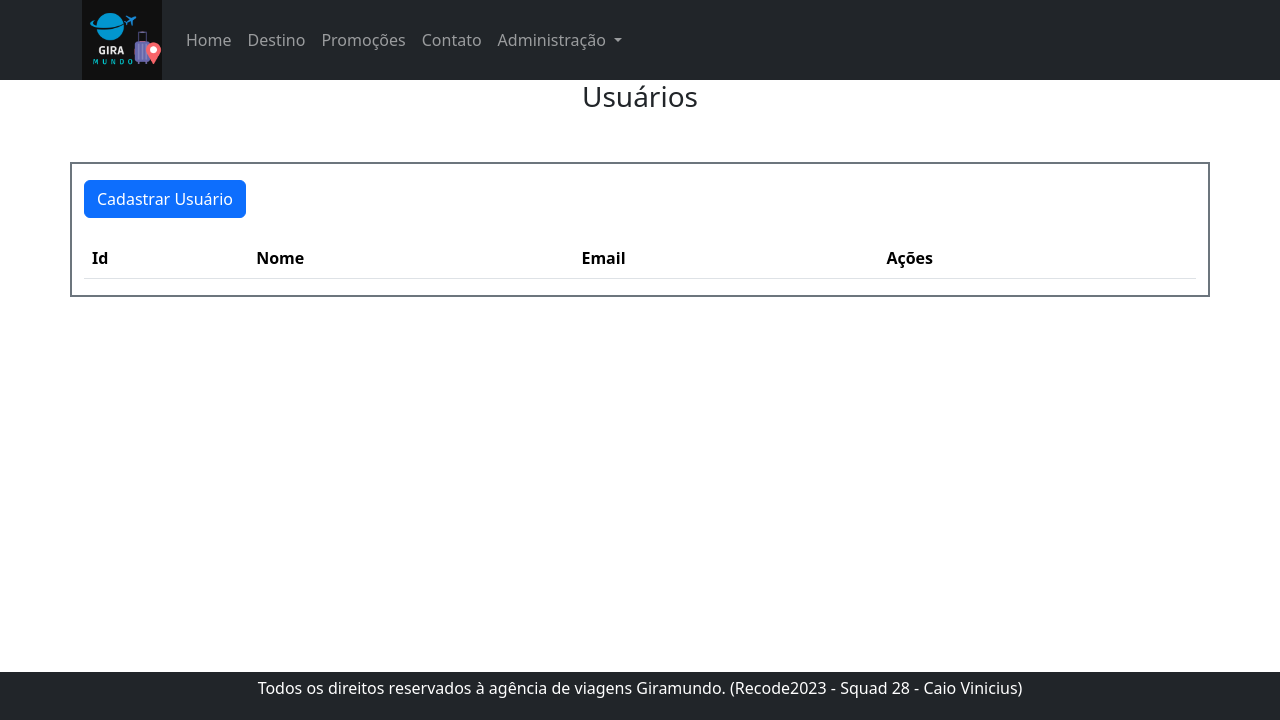
Repository: caiopiabas/RECODE-ENTREGA-4
Page: http://localhost/usuario
These files come from the project's save history. The page is drawn as it stood at one moment and after the next save; the edit follows.
The browser window is 1280 px wide. The pictures show the whole page.
The page is this project's Thymeleaf template; nobody is signed in. The template is opened directly, without the code that normally fills it, so the values that code supplies are empty.

Above is the page before, as saved 2023-12-08 02:38:48.
Console error: ReferenceError: $ is not defined

### agenciaviagem/src/main/resources/templates/usuario.html
<!DOCTYPE html>
<html lang="pt-br" xmlns:th="http://www.thymeleaf.org">

<head>
	<meta charset="utf-8">
	<meta name="viewport" content="width=device-width, initial-scale=1">
	<title>Adm - Usuario</title>
	<link rel="stylesheet" href="css/style.css">
	<link href="https://cdn.jsdelivr.net/npm/bootstrap@5.3.2/dist/css/bootstrap.min.css" rel="stylesheet"
		integrity="sha384-T3c6CoIi6uLrA9TneNEoa7RxnatzjcDSCmG1MXxSR1GAsXEV/Dwwykc2MPK8M2HN" crossorigin="anonymous">
</head>
</head>


<!-- menu principal -->
<nav class="navbar navbar-expand-lg navbar-dark bg-dark" style="height: 80px;">
	<div class="container">
		<a class="navbar-brand" href="index.html">
			<img src="images/GIRA (2).png" alt="Logo" class="img-fluid" style="height: 80px;">

		</a>

		<button class="navbar-toggler" type="button" data-bs-toggle="collapse" data-bs-target="#navbarSupportedContent"
			aria-controls="navbarSupportedContent" aria-expanded="false" aria-label="Toggle navigation">
			<span class="navbar-toggler-icon"></span>
		</button>

		<div class="collapse navbar-collapse" id="navbarSupportedContent">
			<ul class="navbar-nav me-auto mb-2 mb-lg-0">
				<li class="nav-item">
					<a class="nav-link" aria-current="page" href="index.html">Home</a>
				</li>
				<li class="nav-item">
					<a class="nav-link" href="destino.html">Destino</a>
				</li>
				<li class="nav-item">
					<a class="nav-link" href="promocoes.html">Promoções</a>
				</li>
				<li class="nav-item">
					<a class="nav-link" href="contato.html">Contato</a>
				</li>
				<li class="nav-item dropdown">
					<a class="nav-link dropdown-toggle" href="#" id="navbarDropdown" role="button"
						data-bs-toggle="dropdown" aria-haspopup="true" aria-expanded="false">
						Administração
					</a>
					<div class="dropdown-menu" aria-labelledby="navbarDropdown">
						<a class="dropdown-item" href="usuario.html">Usuário</a>
						<a class="dropdown-item" href="pedido.html">Pedido</a>
						<a class="dropdown-item" href="pacote.html">Pacote</a>
					</div>
				</li>
			</ul>
		</div>
	</div>
</nav>

<div class="text-center">
	<h3>Usuários</h3>
</div>

<div class="container mt-5 border border-2 border-secondary">
	<!-- Button para abrir modal cadastro -->
	<button type="button" class="btn btn-primary mt-3" data-bs-toggle="modal" data-bs-target="#CadastroModal">Cadastrar
		Usuário</button>

	<!-- Modal de Cadastro -->
	<div class="modal fade" id="CadastroModal" tabindex="-1" role="dialog" aria-labelledby="CadastroModalLabel"
		aria-hidden="true">
		<div class="modal-dialog">
			<div class="modal-content">
				<div class="modal-header">
					<h1 class="modal-title fs-5" id="CadastroModalLabel">Cadastro Usuário</h1>
					<button type="button" class="btn-close" data-bs-dismiss="modal" aria-label="Close"></button>
				</div>

				<div class="modal-body">
					<!-- Formulário de Cadastro -->
					<form th:action="@{/cadastrar-usuario}" method="post">
						<div class="form-group">
							<label for="nome">Nome:</label>
							<input type="text" class="form-control" id="nome" name="nome" placeholder="Nome">
						</div>
						<div class="form-group">
							<label for="email">Email:</label>
							<input type="email" class="form-control" id="email" name="email" placeholder="Email">
						</div>
						<div class="mt-3">
							<button type="button" class="btn btn-secondary" data-bs-dismiss="modal">Sair</button>
							<button type="submit" class="btn btn-primary">Salvar</button>
						</div>
					</form>
				</div>
			</div>
		</div>
	</div>

	<!-- Tabela de Usuarios -->
	<div class="table-responsive">
		<table class="table">
			<thead>
				<tr>
					<th scope="col">Id</th>
					<th scope="col">Nome</th>
					<th scope="col">Email</th>
					<th scope="col">Ações</th>
				</tr>
			</thead>

			<tbody>
				<tr th:each="usuario : ${usuarios}" th:id="'usuario-' + ${usuario.id}">
					<td th:text="${usuario.id}"></td>
					<td th:text="${usuario.nome}"></td>
					<td th:text="${usuario.email}"></td>
					<td>
						<a th:href="@{'/editar-usuario/' + ${usuario.id}}" class="btn btn-primary btn-sm btn-editar"
							style="border-radius: 25px;">
							Editar
						</a>
						<a th:href="@{'/excluir-usuario/' + ${usuario.id}}" class="btn btn-danger btn-sm btn-excluir"
							style="border-radius: 25px;">Excluir</a>
					</td>
				</tr>
			</tbody>
		</table>
	</div>
</div>


<!-- Modal Editar-->
<div class="modal fade" id="editUsuarioModal" tabindex="-1" role="dialog" aria-labelledby="editUsuarioModalLabel"
	aria-hidden="true">
	<div class="modal-dialog modal-dialog-centered" role="document">
		<div class="modal-content">
			<div class="modal-header">
				<h5 class="modal-title" style="color: #400036;" id="editUsuarioModalLabel">Editar Usuario</h5>
				<button type="button" class="close" data-bs-dismiss="modal" aria-label="Close">
					<span aria-hidden="true">&times;</span>
				</button>
			</div>

			<div class="modal-body">
				<form action="/cadastrar-usuario" method="post">
					<input type="hidden" id="editUsuarioId" name="id" />

					<div class="form-row">
						<div class="form-group col-md-6">
							<label for="nome">Nome:</label>
							<input type="text" class="form-control" id="editUsuarioNome" name="nome" required
								placeholder="Nome">
						</div>
						<div class="form-row">
							<div class="form-group col-md-6">
								<label for="email">Email:</label>
								<input type="email" class="form-control" id="editUsuarioEmail" name="email" required
									placeholder="exemplo@exemplo.com.br">
							</div>

						</div>
					</div>
					<button type="submit" class="btn btn-primary">Salvar Alterações</button>
				</form>
			</div>
		</div>
	</div>
</div>


<!-- Rodapé -->
<footer class="mt-4 bg-dark text-center text-white p-1 fixed-bottom">
	<p><i class="bi bi-c-circle" style="font-size:1rem"></i>
		Todos os direitos reservados à agência de viagens Giramundo. (Recode2023 - Squad 28 - Caio Vinicius)
	</p>
</footer>




<!-- Scripts -->
<script src="https://cdn.jsdelivr.net/npm/bootstrap@5.3.2/dist/js/bootstrap.bundle.min.js"
	integrity="sha384-C6RzsynM9kWDrMNeT87bh95OGNyZPhcTNXj1NW7RuBCsyN/o0jlpcV8Qyq46cDfL"
	crossorigin="anonymous"></script>


<script>
	$(document).ready(function () {
		// Manipula o clique no botão de edição
		$('.btn-editar').on('click', function (event) {
			event.preventDefault();

			// Obtém a URL de edição do atributo href
			var url = $(this).attr('href');

			// Realiza uma requisição AJAX para obter os dados do usuário
			$.get(url, function (usuario) {
				// Preenche o formulário do modal com os dados do usuário
				$('#editUsuarioId').val(usuario.id);
				$('#editUsuarioNome').val(usuario.nome);
				$('#editUsuarioEmail').val(usuario.email);

				// Abre o modal de edição
				$('#editUsuarioModal').modal('show');
			});
		});
	});
</script>

<script>
	// Manipula o clique no botão de exclusão
	$('.btn-excluir').on('click', function (event) {
		event.preventDefault();

		// Obtém a URL de exclusão do atributo href
		var url = $(this).attr('href');

		// Obtém o identificador exclusivo do usuario a partir do id da linha
		var usuarioId = $(this).closest('tr').attr('id').split('-')[1];

		// Confirmação de exclusão
		if (confirm('Deseja realmente excluir este usuario?')) {
			// Realiza uma requisição AJAX para excluir o usuario
			$.ajax({
				url: url,
				type: 'DELETE',
				success: function () {
					// Remove a linha da tabela após a exclusão bem-sucedida
					$('#usuario-' + usuarioId).remove();
				},
				error: function () {
					alert('Erro ao excluir o usuario.');
				}
			});
		}
	});
</script>

</body>

</html>

### agenciaviagem/src/main/resources/static/css/style.css
/* Reset de estilos e configurações globais */
body {
	margin: 0;
	padding: 0;
	background-color: #f4f4f4;
	font-family: 'Open Sans', sans-serif;
	color: #333;
}

h1, h2, h3, h4, h5, h6 {
	color: #333;
}

/* Estilos para botões */
.btn {
	padding: 12px 16px;
	cursor: pointer;
	border-width: 1px;
	border-radius: 5px;
	font-size: 14px;
	font-weight: 400;
	position: relative;
	margin-bottom: 20px;
	transition: 0.3s;
}

.btn:hover, .btn:active, .btn:focus {
	outline: none !important;
	box-shadow: 0px 10px 20px -6px rgba(0, 0, 0, 0.22) !important;
}

/* Estilos específicos para botões primários */
.btn.btn-primary {
	background: primary !important; /* Certifique-se de que 'primary' seja uma variável válida */
	border-color: primary !important;
	color: white;
}

.btn.btn-primary:hover, .btn.btn-primary:focus {
	border-color: darken(primary, 10%) !important;
	background: darken(primary, 10%) !important;
}

/* Estilos para seção de contato */
.contact-wrap {
	background-image: url('/images/bgcontato2.jpg');
	background-size: 100% 100%;
	color: #ffffff;
	padding: 20px;
}

.contactForm {
	.label {
		color: black;
		text-transform: uppercase;
		font-size: 12px;
		font-weight: 600;
	}

	.form-control {
		border: none;
		border-bottom: 1px solid rgba(0, 0, 0, 0.1);
		padding: 0;
	}
}

/* Estilos para formulário de contato */
#contactForm {
	.error {
		color: red;
		font-size: 12px;
	}

	.form-control {
		font-size: 16px;
	}
}

#message {
	resize: vertical;
}

#form-message-warning,
#form-message-success {
	display: none;
}

#form-message-warning {
	color: red;
}

#form-message-success {
	color: success; /* Certifique-se de que 'success' seja uma variável válida */
	font-size: 18px;
	font-weight: bold;
}

.submitting {
	float: left;
	width: 100%;
	padding: 10px 0;
	display: none;
	font-size: 16px;
	font-weight: bold;
}

/* Estilos para fundo do formulário */
.form-bg {
	background-image: url('images/fundoForm.jpg');
	background-size: cover;
	background-repeat: no-repeat;
	background-attachment: fixed;
}

After the next save:
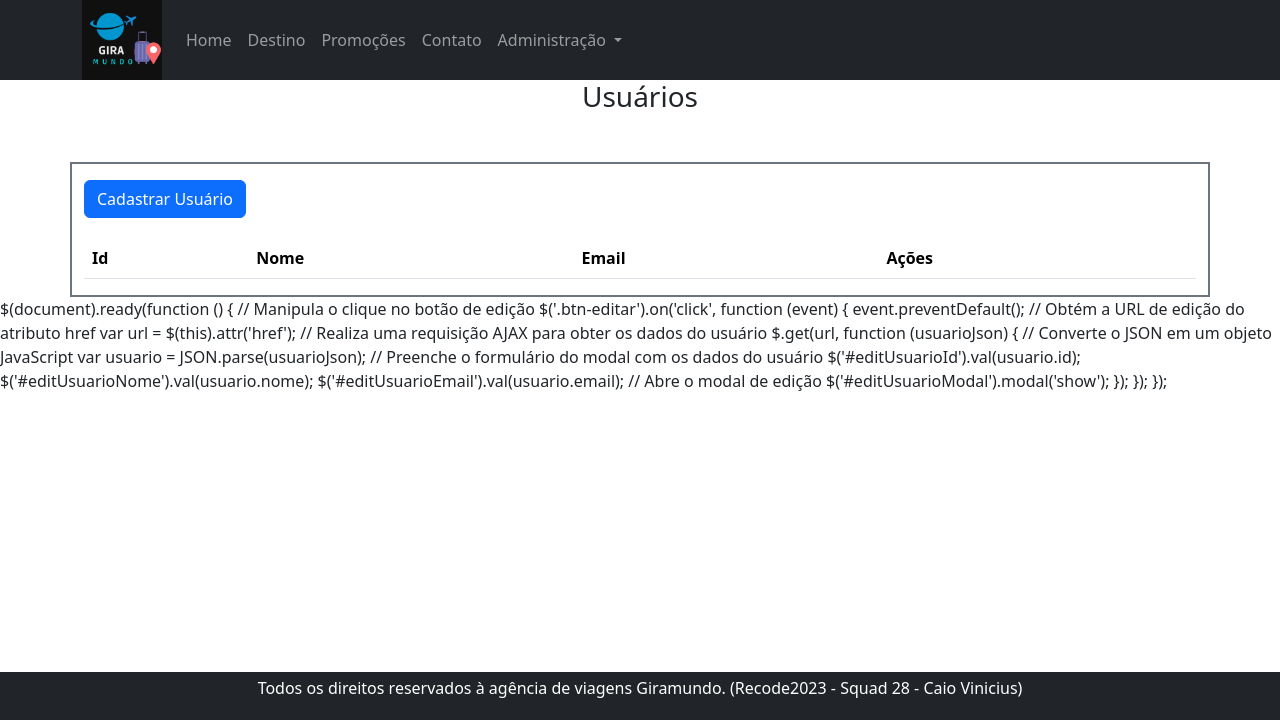
Saved 8 h 35 min later.
--- a/agenciaviagem/src/main/resources/templates/usuario.html
+++ b/agenciaviagem/src/main/resources/templates/usuario.html
@@ -182,28 +182,30 @@
 	crossorigin="anonymous"></script>
 
 
-<script>
-	$(document).ready(function () {
-		// Manipula o clique no botão de edição
-		$('.btn-editar').on('click', function (event) {
-			event.preventDefault();
-
-			// Obtém a URL de edição do atributo href
-			var url = $(this).attr('href');
-
-			// Realiza uma requisição AJAX para obter os dados do usuário
-			$.get(url, function (usuario) {
-				// Preenche o formulário do modal com os dados do usuário
-				$('#editUsuarioId').val(usuario.id);
-				$('#editUsuarioNome').val(usuario.nome);
-				$('#editUsuarioEmail').val(usuario.email);
-
-				// Abre o modal de edição
-				$('#editUsuarioModal').modal('show');
-			});
+$(document).ready(function () {
+	// Manipula o clique no botão de edição
+	$('.btn-editar').on('click', function (event) {
+		event.preventDefault();
+
+		// Obtém a URL de edição do atributo href
+		var url = $(this).attr('href');
+
+		// Realiza uma requisição AJAX para obter os dados do usuário
+		$.get(url, function (usuarioJson) {
+			// Converte o JSON em um objeto JavaScript
+			var usuario = JSON.parse(usuarioJson);
+
+			// Preenche o formulário do modal com os dados do usuário
+			$('#editUsuarioId').val(usuario.id);
+			$('#editUsuarioNome').val(usuario.nome);
+			$('#editUsuarioEmail').val(usuario.email);
+
+			// Abre o modal de edição
+			$('#editUsuarioModal').modal('show');
 		});
 	});
-</script>
+});
+
 
 <script>
 	// Manipula o clique no botão de exclusão
